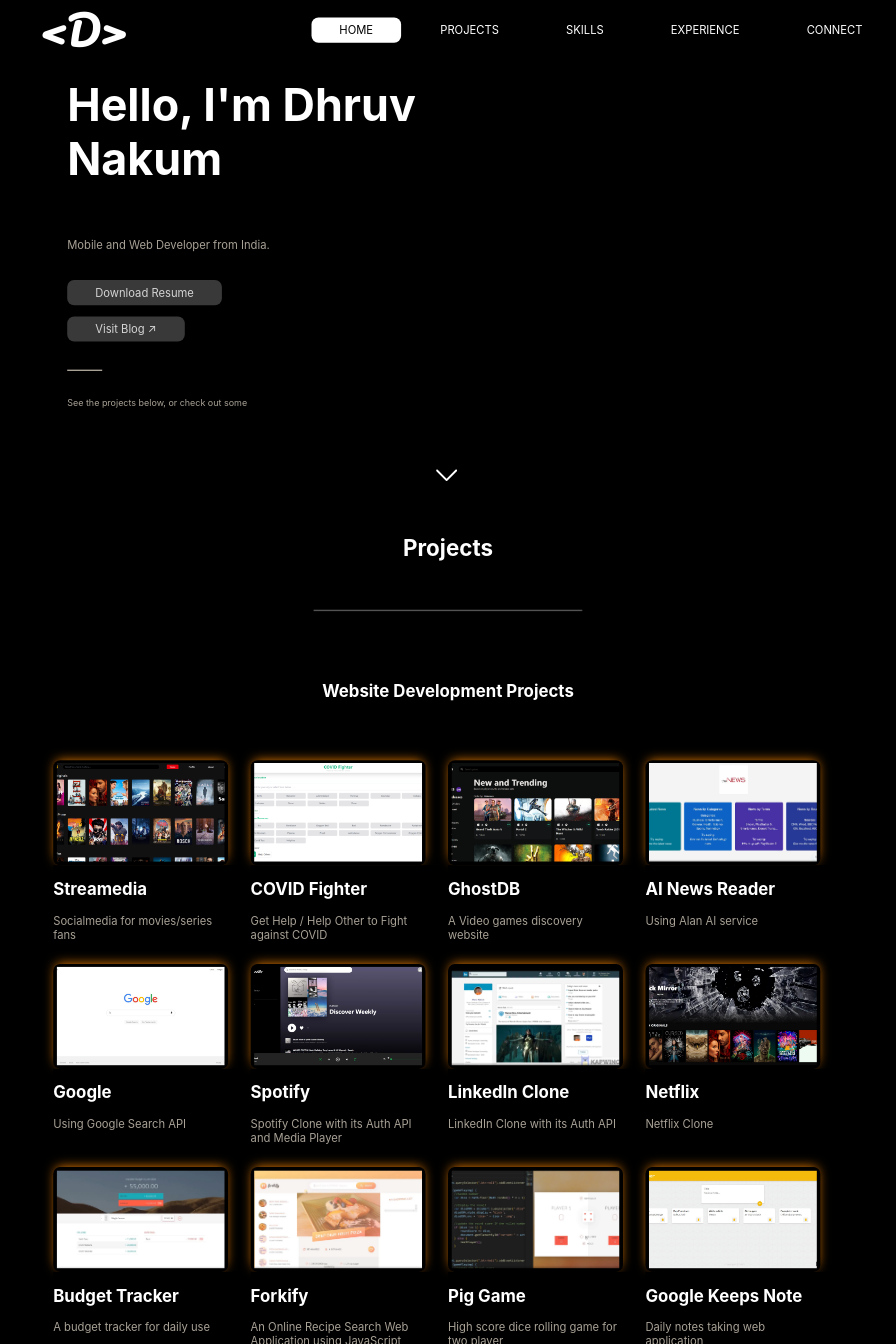
Repository: red-star25/next-portfolio
Page: /
An editor plug-in stored every save of this project. The page is shown before and after the next save, followed by the edit.
The browser window is 1280 px wide. The pictures show the part of the page from y = 0 to 1920 px (the page is 5386 px tall), at 70% of full size.
The project was rebuilt for these pictures with package versions that can differ from the ones it lists, and the page was loaded fresh each time. The framework's server and built-in components were replaced by stand-ins that run in the browser.

Above is the page before, as saved 2023-11-06 11:22:44.

After the next save:
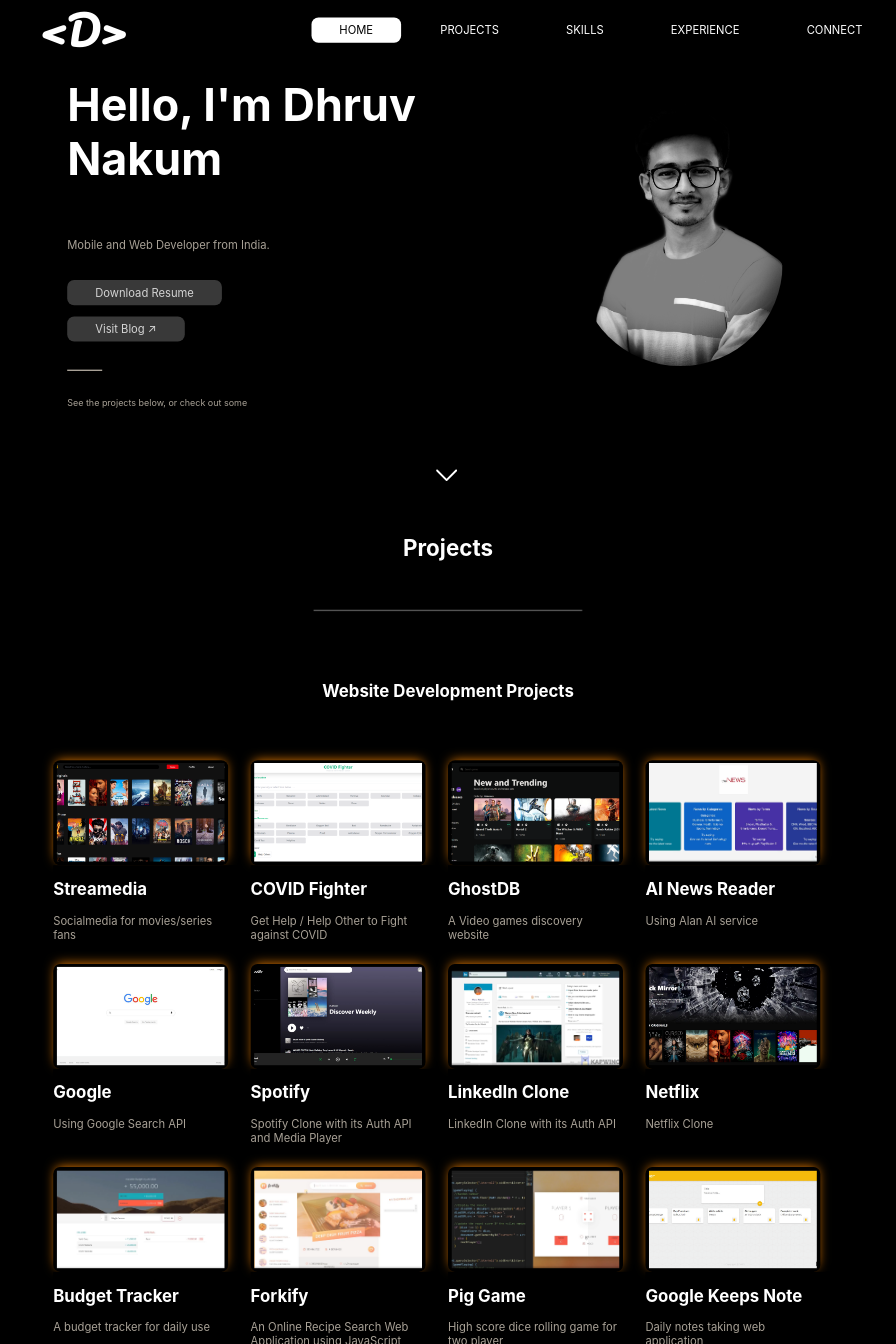
Saved 36 s later.
--- a/component/Home/Home.jsx
+++ b/component/Home/Home.jsx
@@ -44,7 +44,7 @@
           <p>See the projects below, or check out some</p>
         </div>
       </motion.div>
-      {/* <motion.div
+      <motion.div
         className={styles.home__right}
         animate={{
           opacity: 1,
@@ -58,7 +58,7 @@
         }}
       >
         <img src="/images/b&w.png" alt="" />
-      </motion.div> */}
+      </motion.div>
     </div>
   );
 }

After the save that followed:
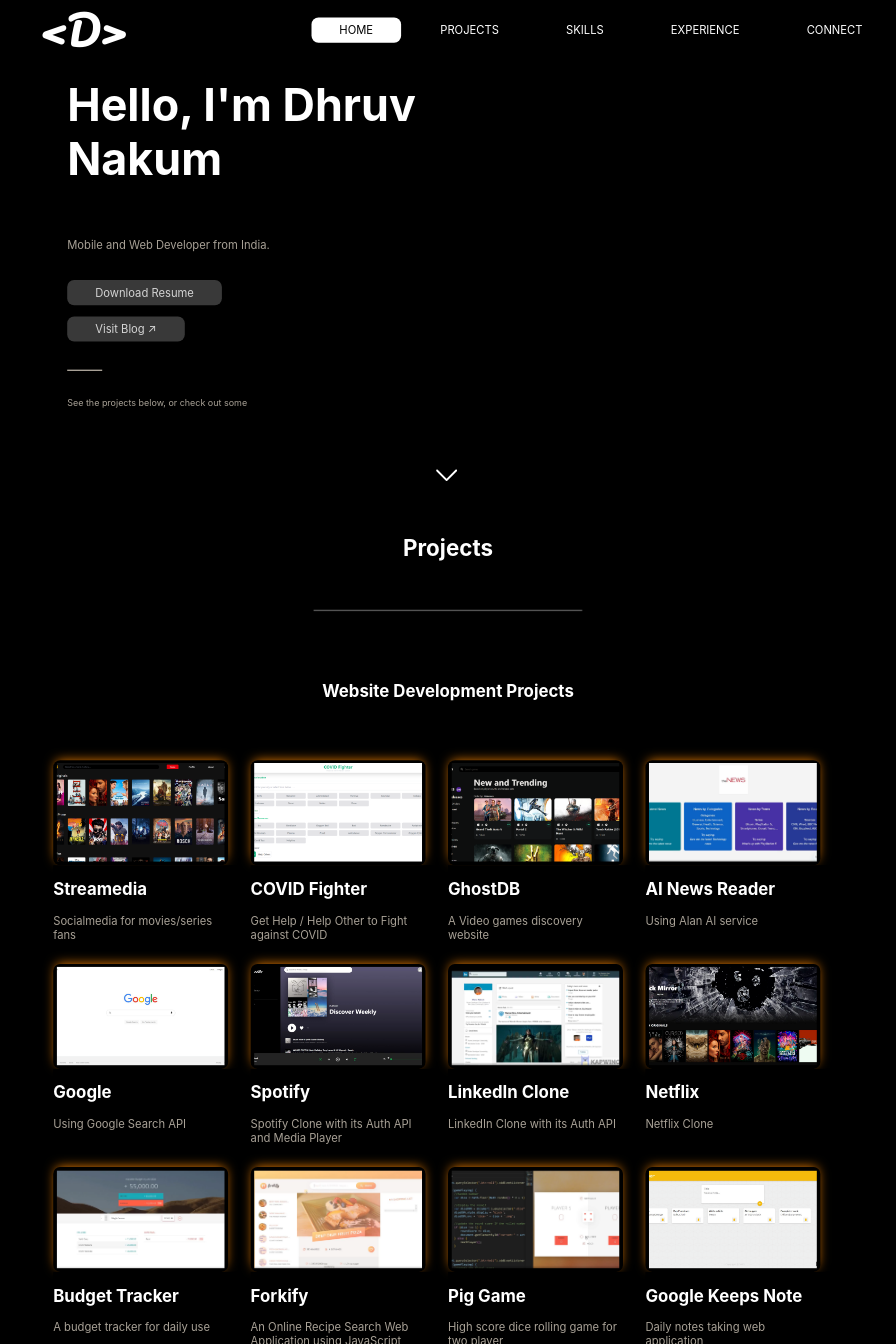
Saved 9 s later.
--- a/component/Home/Home.jsx
+++ b/component/Home/Home.jsx
@@ -44,7 +44,7 @@
           <p>See the projects below, or check out some</p>
         </div>
       </motion.div>
-      <motion.div
+      {/* <motion.div
         className={styles.home__right}
         animate={{
           opacity: 1,
@@ -58,7 +58,7 @@
         }}
       >
         <img src="/images/b&w.png" alt="" />
-      </motion.div>
+      </motion.div> */}
     </div>
   );
 }
